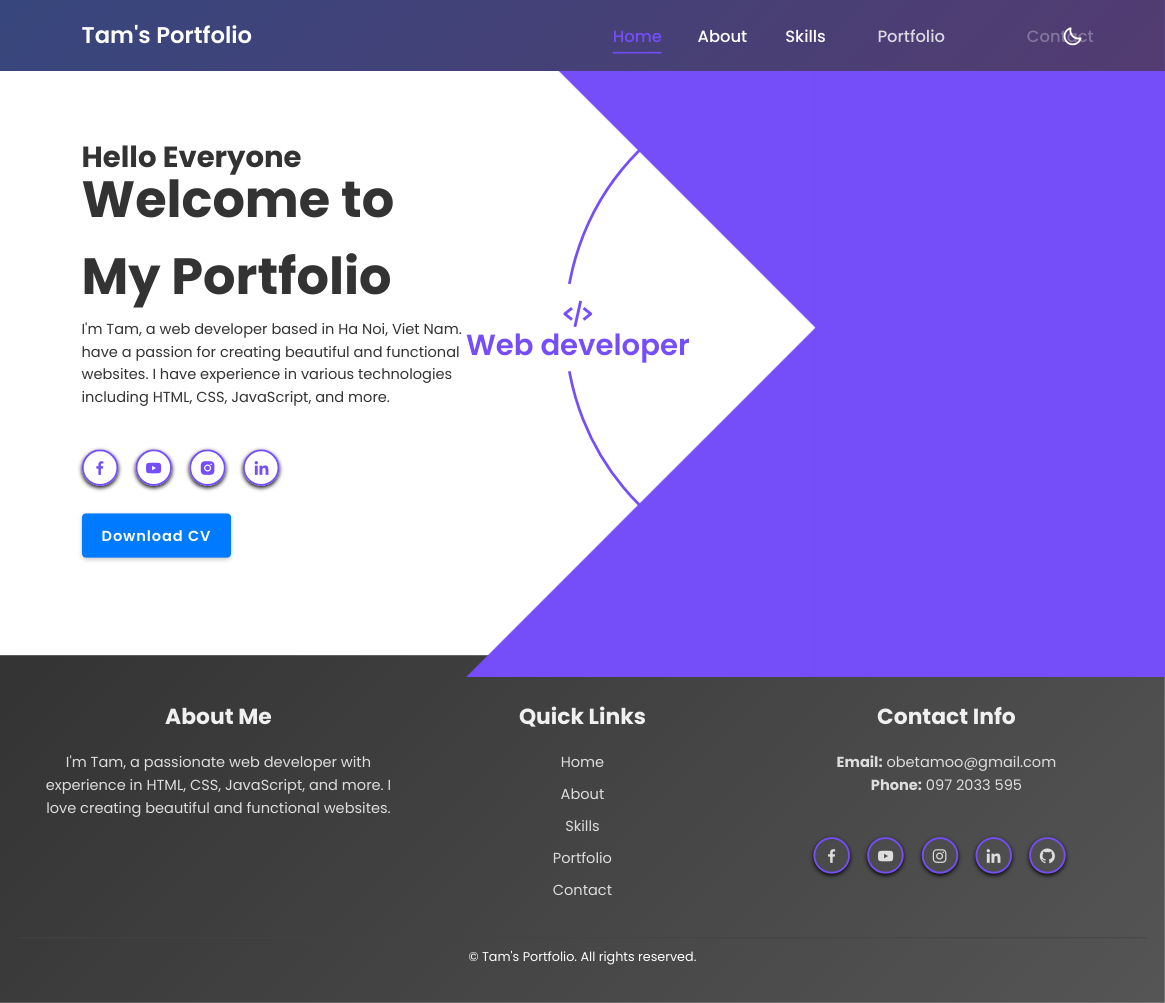
Repository: obetamoo/Introduce
Page: index.html
An editor plug-in stored every save of this project. The page is shown before and after a run of saves, followed by the edit.
The browser window is 1280 px wide. The pictures show the whole page, at 91% of full size.

Above is the page before, as saved 2024-07-20 11:34:45.
Not found: script.js

After the next 5 saves:
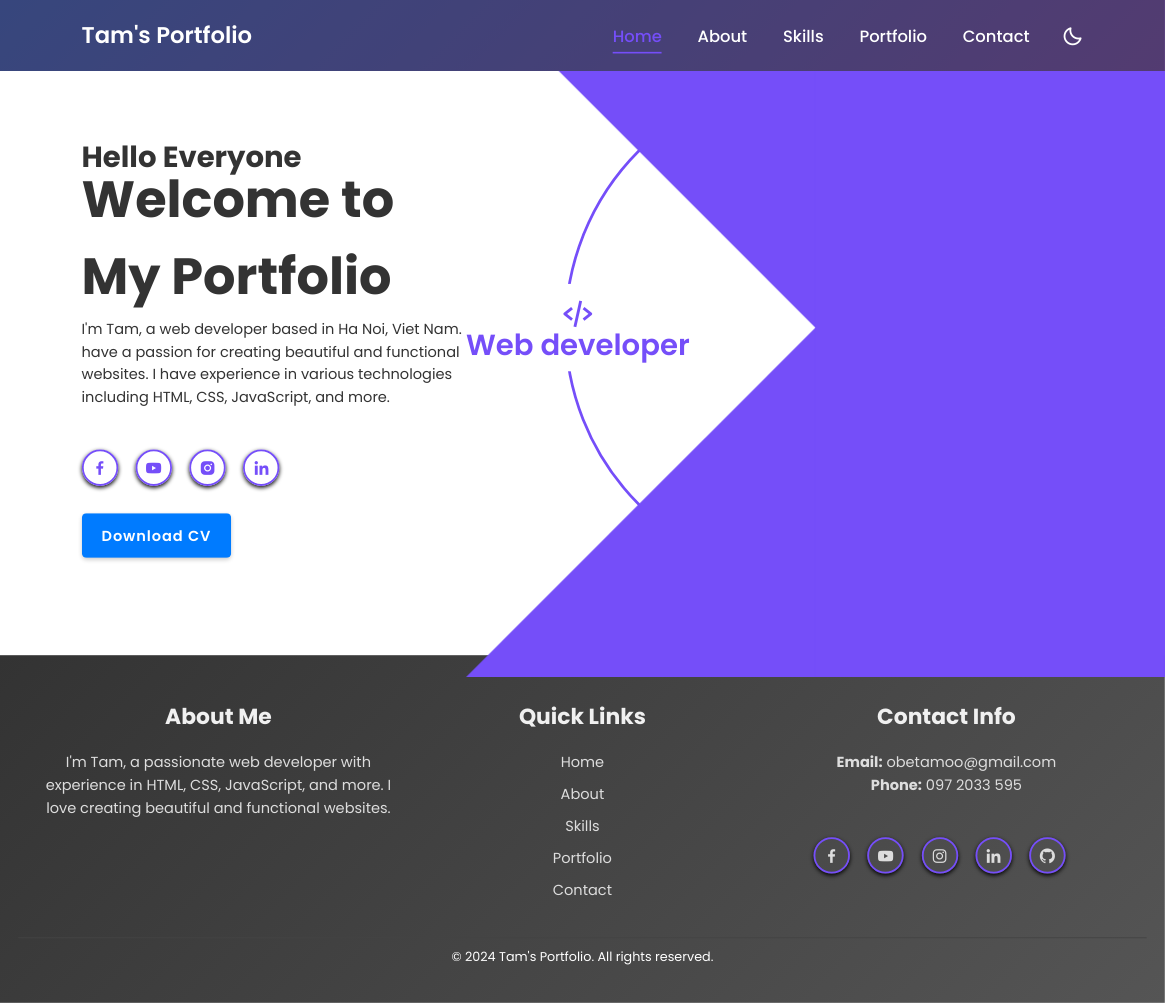
The 5 saves are shown as one change because they came seconds apart.
The last was saved 14 s later.
--- a/index.html
+++ b/index.html
@@ -476,6 +476,6 @@
       </div>
     </footer>
 
-    <script src="script.js"></script>
+    <script src="./asset/scripts/main.js"></script>
   </body>
 </html>
